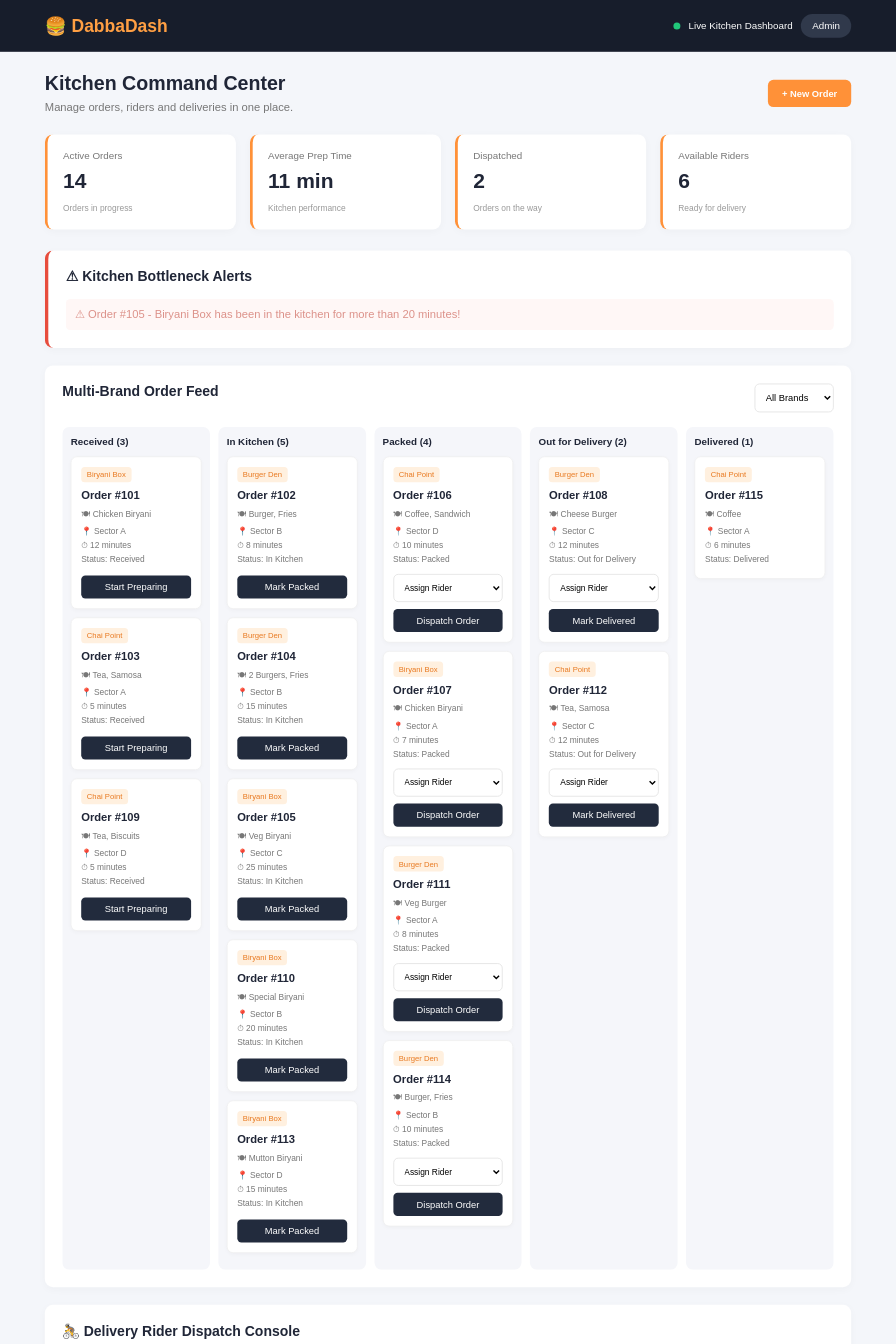
Repository: Balamanjusha1/DabbaDash
Page: index.html
The author's editor kept a copy of each file at every save. The page is drawn from the files as they stood at one save, then again after the next save.
The browser window is 1280 px wide. The pictures show the part of the page from y = 0 to 1920 px (the page is 3306 px tall before and 3343 px after), at 70% of full size.

Above is the page before, as saved 2026-11-20 09:22:32.

After the next save:
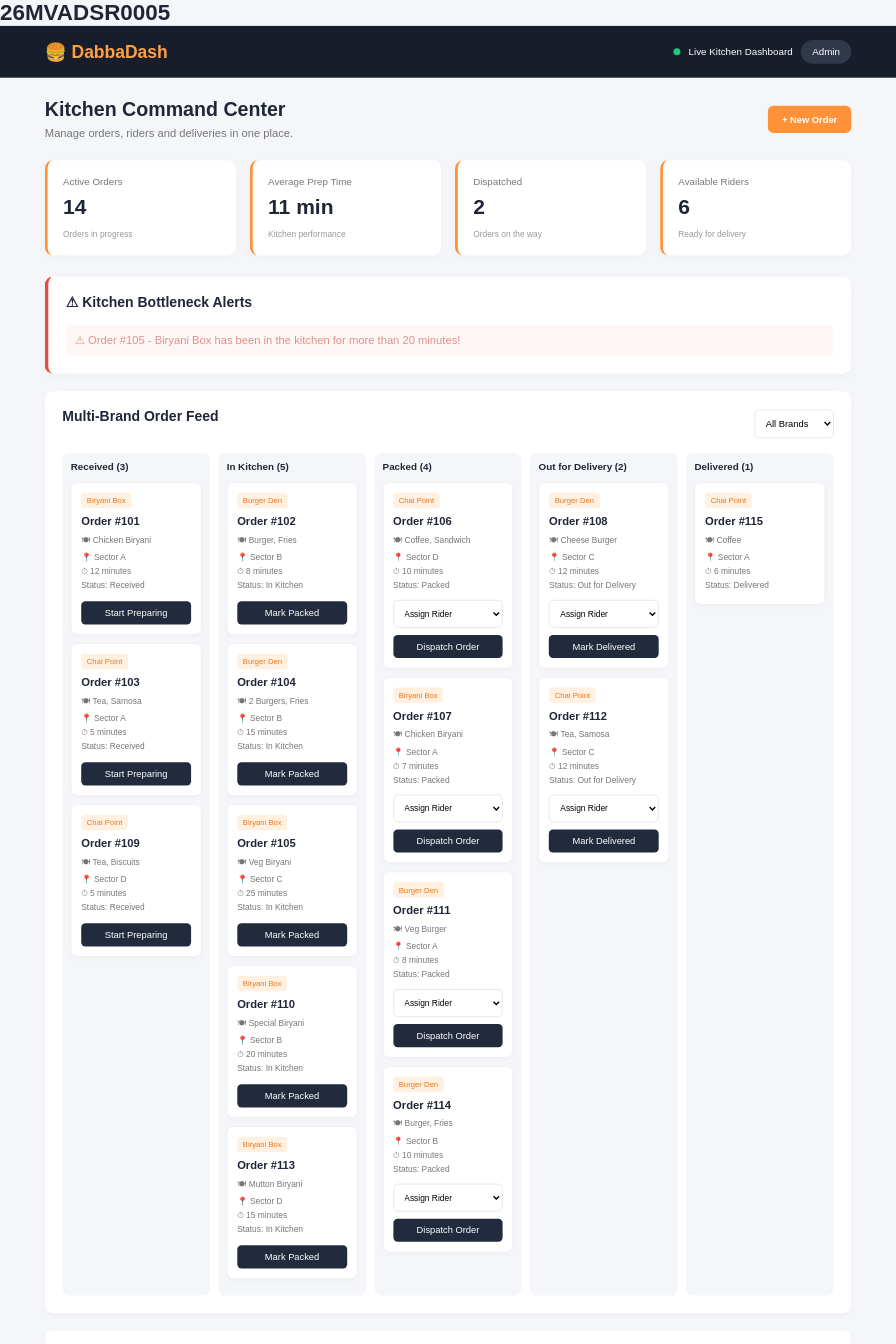
Saved 25 h 3 min later.
--- a/index.html
+++ b/index.html
@@ -2,6 +2,7 @@
 <html lang="en">
 
 <head>
+    <h1>26MVADSR0005</h1>
     <meta charset="UTF-8">
     <meta name="viewport" content="width=device-width, initial-scale=1.0">
     <title>DabbaDash - LastMile Bite Battle</title>
